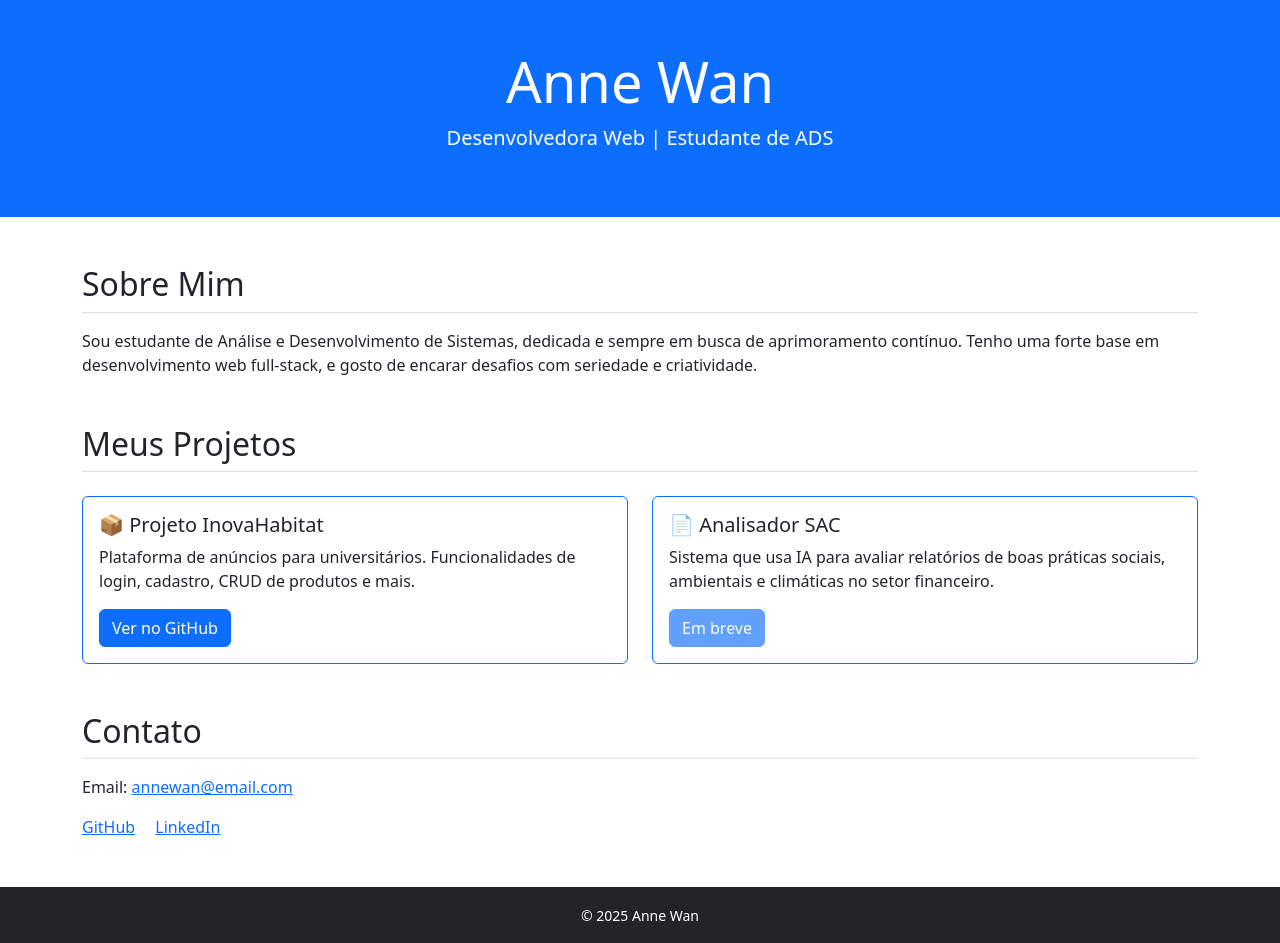
Repository: Suziane90/Portifolio
Page: index2.html
The author's editor kept a copy of each file at every save. The page is drawn from the files as they stood at one save, then again after the next save.
The browser window is 1280 px wide. The pictures show the whole page.

Above is the page before, as saved 2025-07-24 10:13:47.

### index2.html
<!DOCTYPE html>
<html lang="pt-br">
<head>
  <meta charset="UTF-8" />
  <meta name="viewport" content="width=device-width, initial-scale=1" />
  <title>Portfólio | Anne Wan</title>

  <!-- Bootstrap CSS CDN -->
  <link
    href="https://cdn.jsdelivr.net/npm/bootstrap@5.3.0/dist/css/bootstrap.min.css"
    rel="stylesheet"
  />
</head>
<body>

  <header class="bg-primary text-white text-center py-5">
    <div class="container">
      <h1 class="display-4">Anne Wan</h1>
      <p class="lead">Desenvolvedora Web | Estudante de ADS</p>
    </div>
  </header>

  <main class="container my-5">

    <section id="sobre" class="mb-5">
      <h2 class="mb-3 border-bottom pb-2">Sobre Mim</h2>
      <p>
        Sou estudante de Análise e Desenvolvimento de Sistemas, dedicada e sempre em busca de aprimoramento contínuo. Tenho uma forte base em desenvolvimento web full-stack, e gosto de encarar desafios com seriedade e criatividade.
      </p>
    </section>

    <section id="projetos" class="mb-5">
      <h2 class="mb-4 border-bottom pb-2">Meus Projetos</h2>

      <div class="row gy-4">
        <div class="col-md-6">
          <div class="card h-100 border-primary">
            <div class="card-body">
              <h5 class="card-title">📦 Projeto InovaHabitat</h5>
              <p class="card-text">
                Plataforma de anúncios para universitários. Funcionalidades de login, cadastro, CRUD de produtos e mais.
              </p>
              <a href="https://github.com/seuusuario/inova-habitat" target="_blank" class="btn btn-primary">Ver no GitHub</a>
            </div>
          </div>
        </div>

        <div class="col-md-6">
          <div class="card h-100 border-primary">
            <div class="card-body">
              <h5 class="card-title">📄 Analisador SAC</h5>
              <p class="card-text">
                Sistema que usa IA para avaliar relatórios de boas práticas sociais, ambientais e climáticas no setor financeiro.
              </p>
              <a href="#" class="btn btn-primary disabled" tabindex="-1" aria-disabled="true">Em breve</a>
            </div>
          </div>
        </div>
      </div>
    </section>

    <section id="contato">
      <h2 class="mb-3 border-bottom pb-2">Contato</h2>
      <p>Email: <a href="mailto:annewan@email.com">annewan@email.com</a></p>
      <p>
        <a href="https://github.com/seuusuario" target="_blank" class="me-3">GitHub</a>
        <a href="https://linkedin.com/in/seulinkedin" target="_blank">LinkedIn</a>
      </p>
    </section>

  </main>

  <footer class="bg-dark text-white text-center py-3">
    <small>© 2025 Anne Wan</small>
  </footer>

  <!-- Bootstrap JS Bundle CDN (Popper + Bootstrap JS) -->
  <script src="https://cdn.jsdelivr.net/npm/bootstrap@5.3.0/dist/js/bootstrap.bundle.min.js"></script>
</body>
</html>

After the next save:
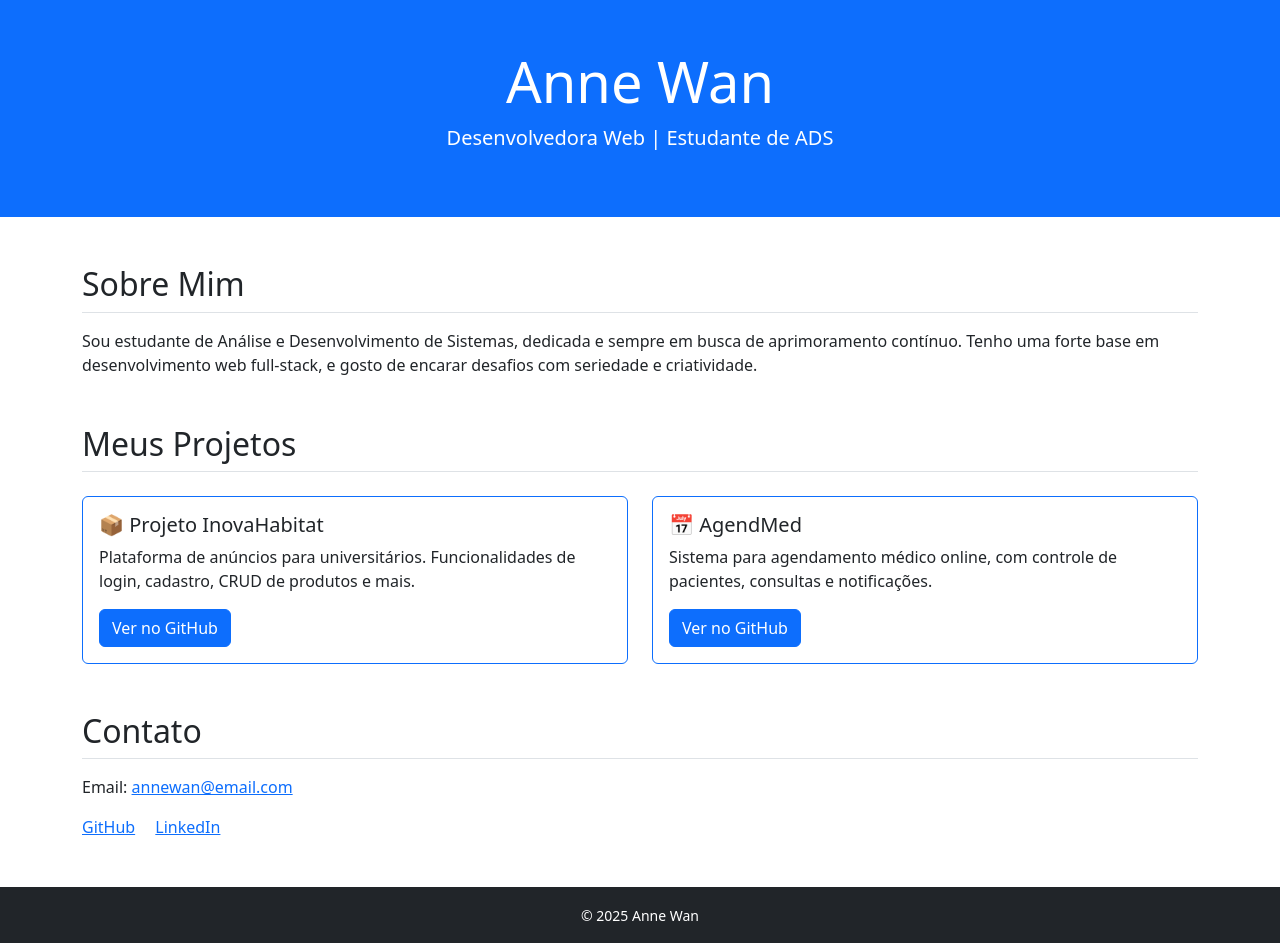
Saved 84 s later.
--- a/index2.html
+++ b/index2.html
@@ -30,34 +30,35 @@
     </section>
 
     <section id="projetos" class="mb-5">
-      <h2 class="mb-4 border-bottom pb-2">Meus Projetos</h2>
+  <h2 class="mb-4 border-bottom pb-2">Meus Projetos</h2>
 
-      <div class="row gy-4">
-        <div class="col-md-6">
-          <div class="card h-100 border-primary">
-            <div class="card-body">
-              <h5 class="card-title">📦 Projeto InovaHabitat</h5>
-              <p class="card-text">
-                Plataforma de anúncios para universitários. Funcionalidades de login, cadastro, CRUD de produtos e mais.
-              </p>
-              <a href="https://github.com/seuusuario/inova-habitat" target="_blank" class="btn btn-primary">Ver no GitHub</a>
-            </div>
-          </div>
-        </div>
-
-        <div class="col-md-6">
-          <div class="card h-100 border-primary">
-            <div class="card-body">
-              <h5 class="card-title">📄 Analisador SAC</h5>
-              <p class="card-text">
-                Sistema que usa IA para avaliar relatórios de boas práticas sociais, ambientais e climáticas no setor financeiro.
-              </p>
-              <a href="#" class="btn btn-primary disabled" tabindex="-1" aria-disabled="true">Em breve</a>
-            </div>
-          </div>
+  <div class="row gy-4">
+    <div class="col-md-6">
+      <div class="card h-100 border-primary">
+        <div class="card-body">
+          <h5 class="card-title">📦 Projeto InovaHabitat</h5>
+          <p class="card-text">
+            Plataforma de anúncios para universitários. Funcionalidades de login, cadastro, CRUD de produtos e mais.
+          </p>
+          <a href="https://github.com/seuusuario/inova-habitat" target="_blank" class="btn btn-primary">Ver no GitHub</a>
         </div>
       </div>
-    </section>
+    </div>
+
+    <div class="col-md-6">
+      <div class="card h-100 border-primary">
+        <div class="card-body">
+          <h5 class="card-title">📅 AgendMed</h5>
+          <p class="card-text">
+            Sistema para agendamento médico online, com controle de pacientes, consultas e notificações.
+          </p>
+          <a href="https://github.com/seuusuario/agendmed" target="_blank" class="btn btn-primary">Ver no GitHub</a>
+        </div>
+      </div>
+    </div>
+  </div>
+</section>
+
 
     <section id="contato">
       <h2 class="mb-3 border-bottom pb-2">Contato</h2>
